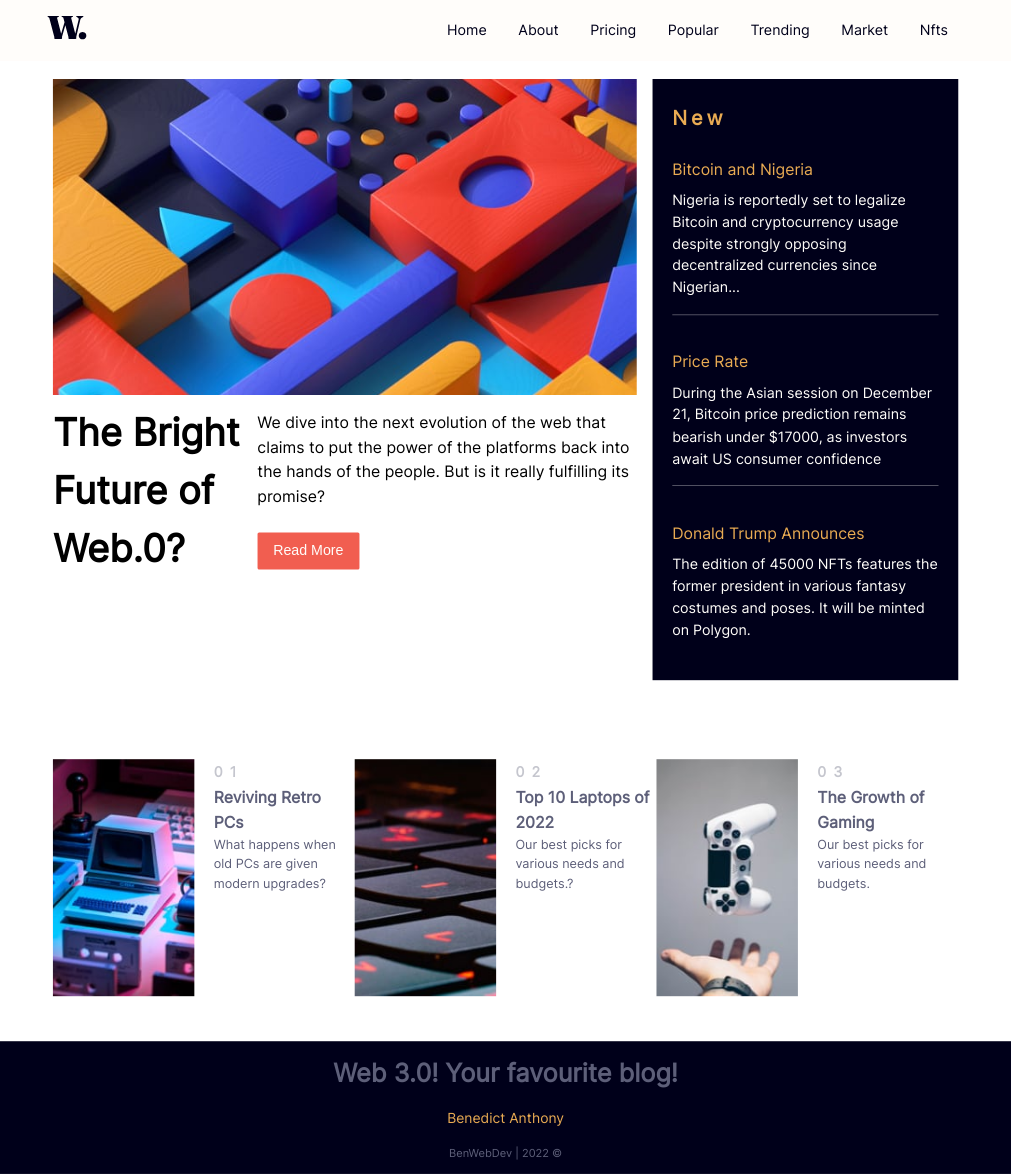
Repository: Benedict-Anthony/web3.0-blog-chain
Page: /
These files come from the project's save history. The page is drawn as it stood at one moment and after the next save; the edit follows.
The browser window is 1280 px wide. The pictures show the whole page, at 79% of full size.
The project was rebuilt for these pictures with package versions that can differ from the ones it lists, and the page was loaded fresh each time. The framework's server and built-in components were replaced by stand-ins that run in the browser. Also part of the build but not shown: next.config.js, styles/styles.css.

Above is the page before, as saved 2022-12-23 01:35:18.

After the next save:
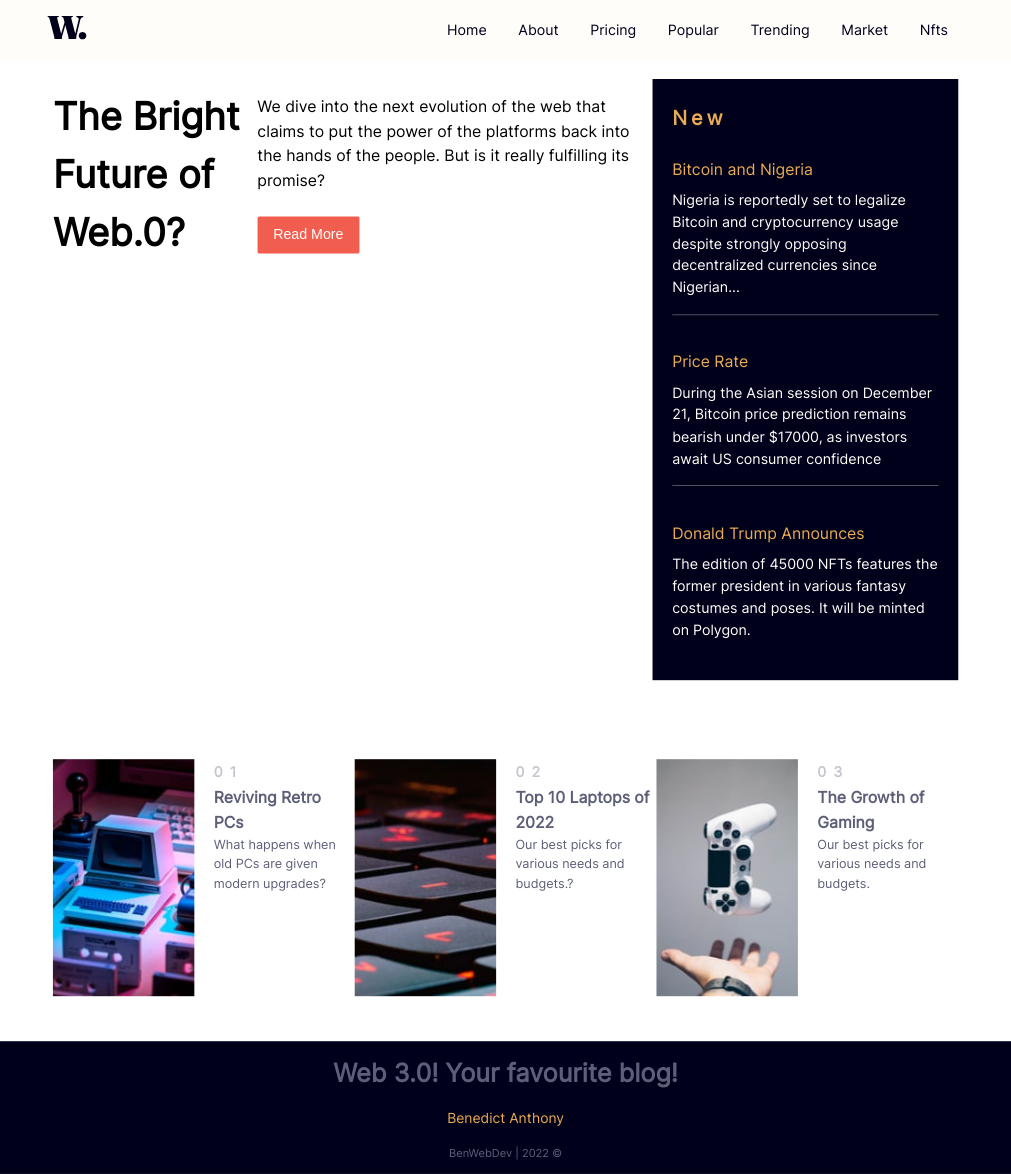
Saved 40 s later.
--- a/styles/showcase.module.scss
+++ b/styles/showcase.module.scss
@@ -24,7 +24,7 @@
 
 .showcaseImage{
     width: 100%;
-    height: 400px;
+    height: auto;
     background:url("/landing/assets/images/image-web-3-mobile.jpg") no-repeat center/cover;
 
     img{
